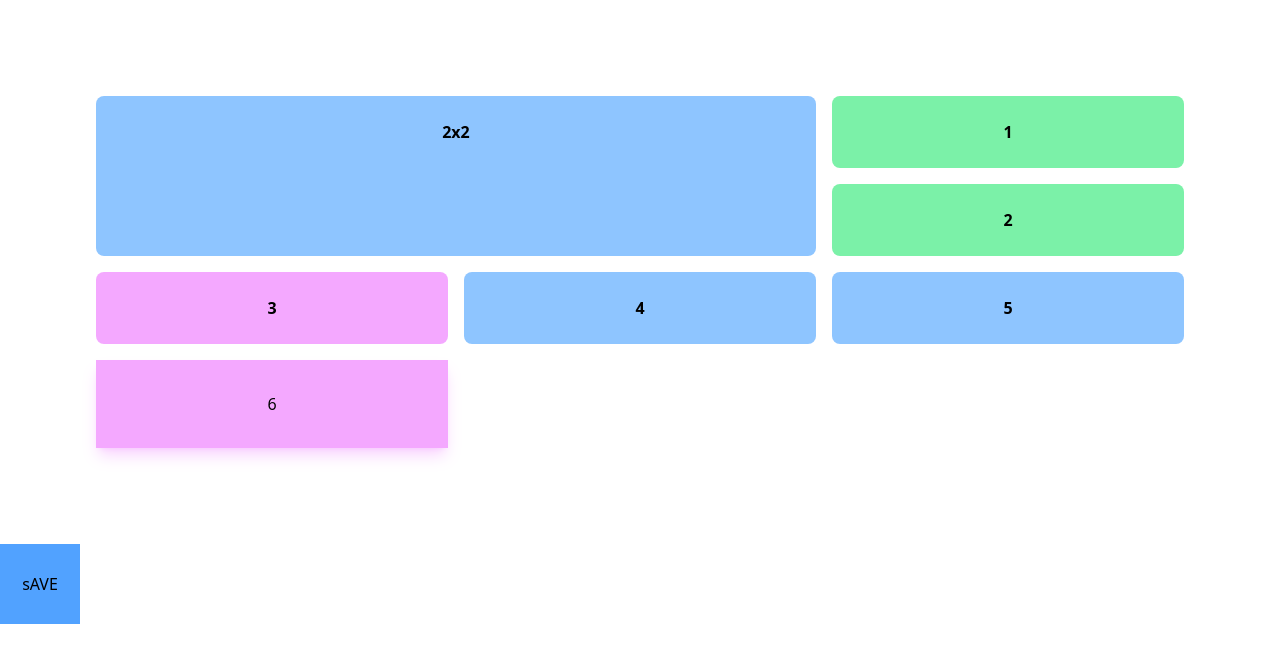
Repository: Abdulahi338/TailwindCss-exercise
Page: Exercise3/index.html
An editor plug-in stored every save of this project. The page is shown before and after the next save, followed by the edit.
The browser window is 1280 px wide. The pictures show the whole page.

Above is the page before, as saved 2025-08-12 17:57:28.

### Exercise3/index.html
<!DOCTYPE html>
<html lang="en">
<head>
    <meta charset="UTF-8">
    <meta name="viewport" content="width=device-width, initial-scale=1.0">
        <script src="https://cdn.jsdelivr.net/npm/@tailwindcss/browser@4"></script>

    <title>Exercise 2</title>
</head>
<body>

    <div class="grid grid-cols-3 grid-rwos-3 gap-4 m-24 text-center">
        <div class="bg-blue-300 p-6 font-bold col-span-2 row-span-2 rounded-lg"">2x2</div>
        <div class="bg-green-300 p-6 font-bold rounded-lg">1</div>
        <div class="bg-green-300 p-6 font-bold rounded-lg"">2</div>
        <div class="bg-fuchsia-300 p-6 font-bold rounded-lg"">3</div>
        <div class="bg-blue-300 p-6 font-bold rounded-lg"">4</div>
        <div class="bg-blue-300 p-6 font-bold rounded-lg"">5</div>
        <div class="bg-fuchsia-300 p-8 font-med shadow-lg shadow-fuchsia-300/50">6</div>

    </div>
            <button class="ml- w-[80px] h-[80px] bg-blue-400">sAVE</button>



</body>
</html>

After the next save:
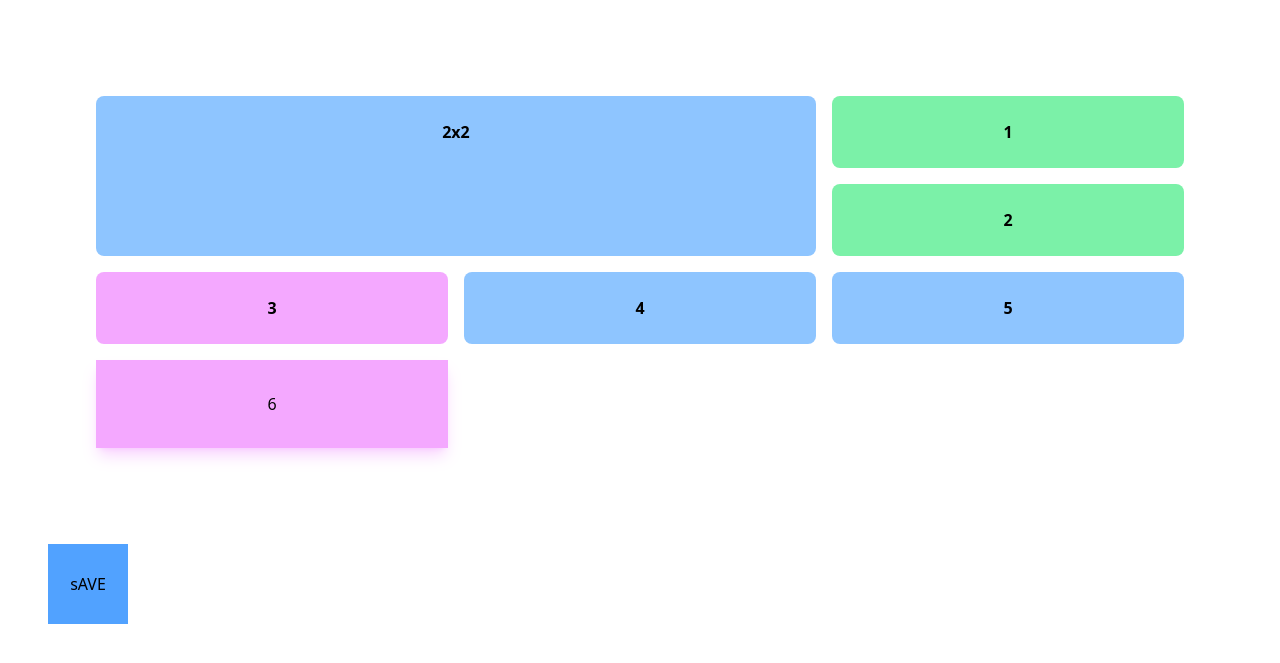
Saved 10 s later.
--- a/Exercise3/index.html
+++ b/Exercise3/index.html
@@ -19,7 +19,7 @@
         <div class="bg-fuchsia-300 p-8 font-med shadow-lg shadow-fuchsia-300/50">6</div>
 
     </div>
-            <button class="ml- w-[80px] h-[80px] bg-blue-400">sAVE</button>
+            <button class="ml-12  w-[80px] h-[80px] bg-blue-400">sAVE</button>
 
 
 
